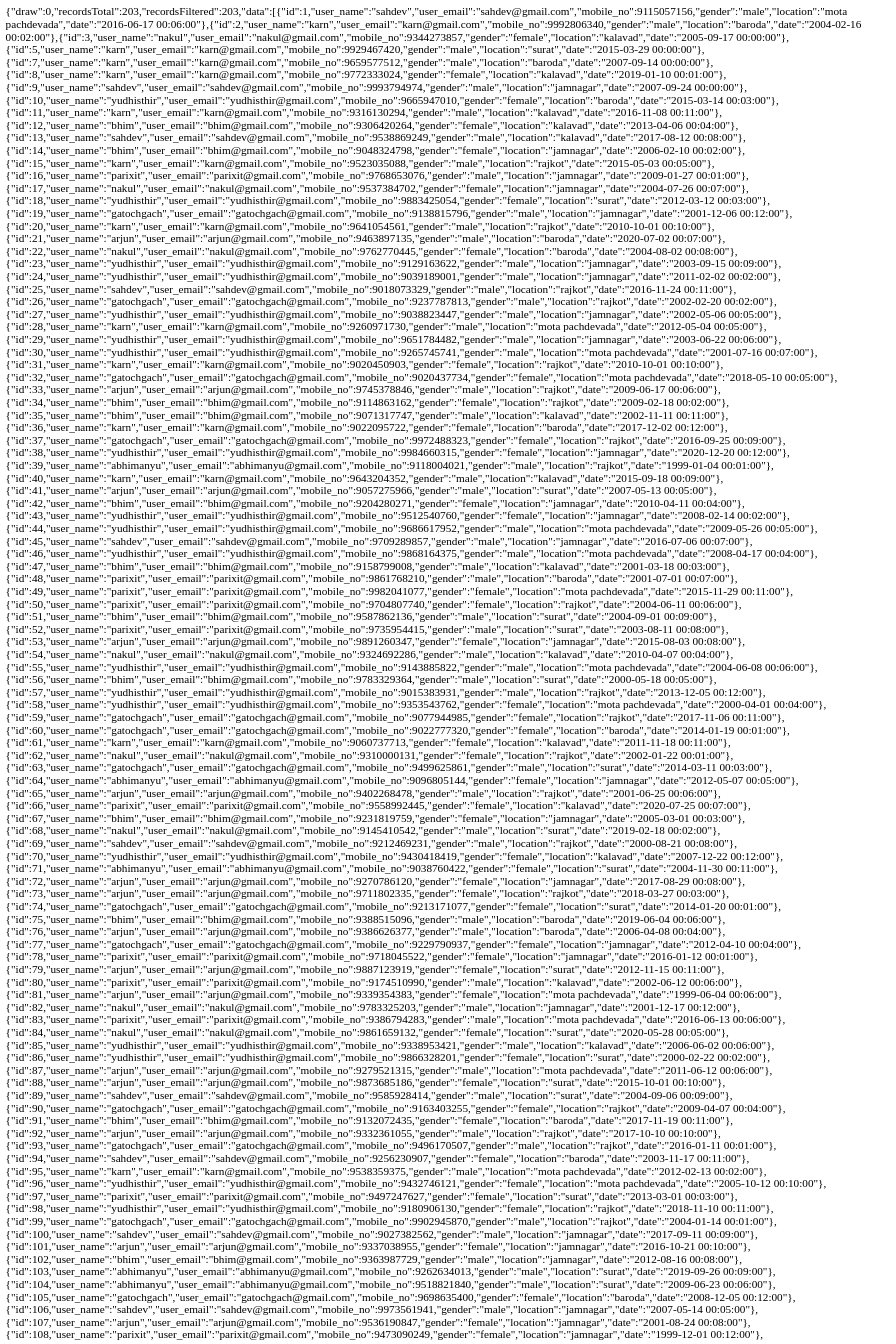
Repository: yatharth-vataliya/the-core-php-js
Page: http://localhost/get_users.php
These files come from the project's save history. The page is drawn as it stood at one moment and after a run of saves; the edit follows.
The browser window is 1280 px wide. The pictures show the part of the page from y = 0 to 1920 px (the page is 3670 px tall before and 11014 px after), at 70% of full size.
The page is run by PHP 8.4 with error messages shown; the project is at /var/www/html/. The database holds what the project's SQL file puts in it.

Above is the page before, as saved 2020-12-26 15:42:44.

After the next 2 saves:
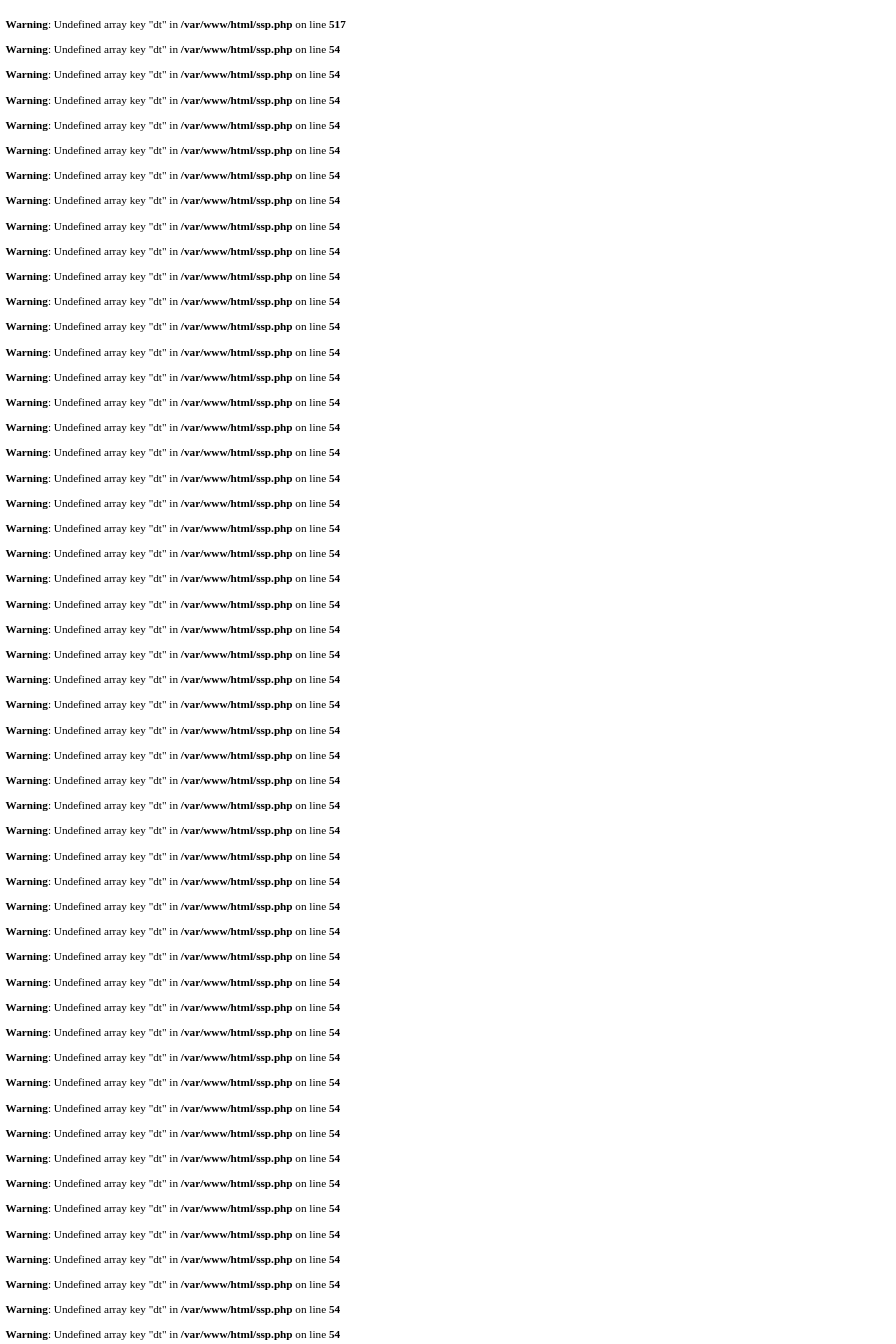
The 2 saves are shown as one change because they came seconds apart.
The last was saved 50 s later.
--- a/get_users.php
+++ b/get_users.php
@@ -49,9 +49,10 @@ $columns = array(
 	[ 'db' => 'user_name', 'dt' => 'user_name' ],
 	[ 'db' => 'user_email',  'dt' => 'user_email' ],
 	[ 'db' => 'mobile_no',   'dt' => 'mobile_no' ],
-	['db' => 'gender', 'dt' => 'gender'],
+	[ 'db' => 'gender', 'dt' => 'gender'],
 	[ 'db' => 'location',     'dt' => 'location' ],
 	[ 'db' => 'date', 'dt' => 'date'],
+	[ 'db' => 'image' ],
 );
 
 // SQL server connection information
